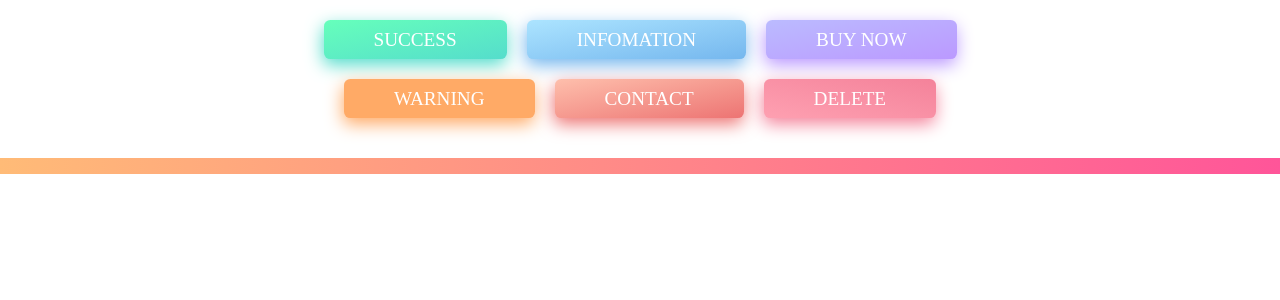
Repository: ThanhPhongsof/Css-Course
Page: index.html
An editor plug-in stored every save of this project. The page is shown before and after the next save, followed by the edit.
The browser window is 1280 px wide. The pictures show the whole page.

Above is the page before, as saved 2022-05-16 08:36:00.

After the next save:
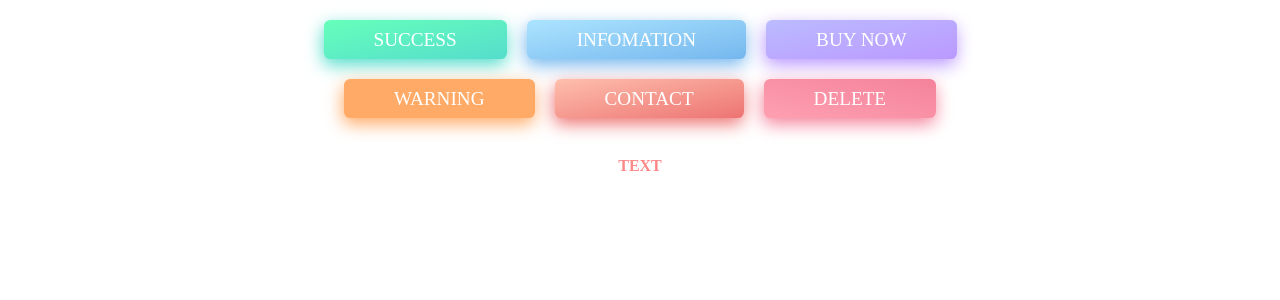
Saved 24 s later.
--- a/styles.css
+++ b/styles.css
@@ -61,4 +61,5 @@
 .tittle--primary {
   background-image: linear-gradient(to right, #fb7, #f59);
   color: transparent;
+  -webkit-background-clip: text;
 }
